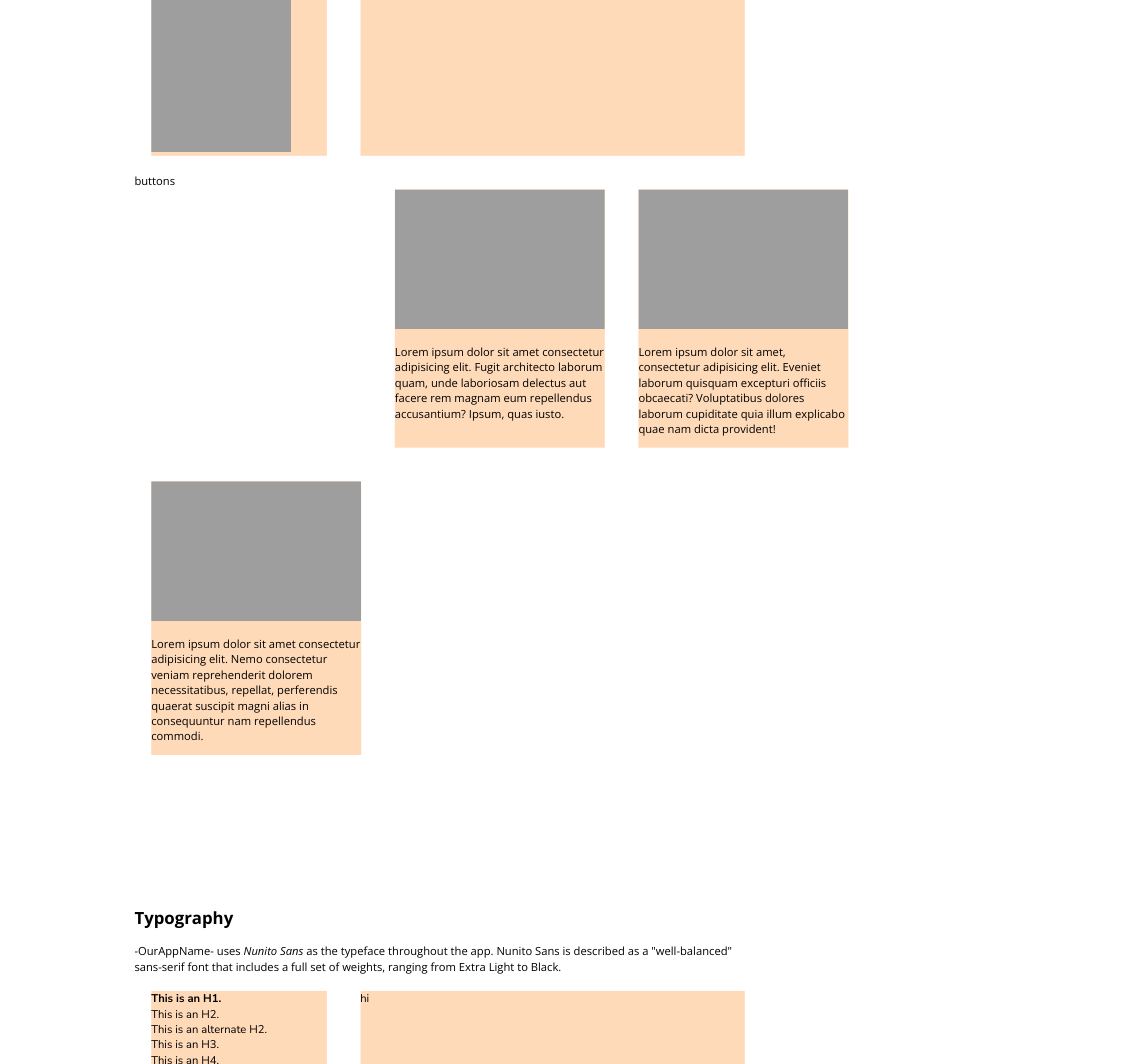
Repository: seohyun9672/Timearth-A6Styleguide
Page: page2.html
An editor plug-in stored every save of this project. The page is shown before and after the next save, followed by the edit.
The browser window is 1280 px wide. The page is 1632 px wide, so the pictures cover 1632 px, including what lies to the right of the window. The pictures show the part of the page from y = 962 to 2482 px (the page is 2747 px tall before and 2330 px after), at 70% of full size.
Pictures or frames that could not be fetched are drawn as grey boxes.

Above is the page before, as saved 2022-03-19 17:28:19.

### page2.html
<!DOCTYPE html>
<html lang="en">
  <head>
    <meta charset="UTF-8" />
    <meta http-equiv="X-UA-Compatible" content="IE=edge" />
    <meta name="viewport" content="width=device-width, initial-scale=1.0" />
    <title>Document</title>
    <link rel="stylesheet" href="stylesheet.css" />
  </head>

  <body>
    <ul class="navbar">
      <li><a href="/page1.html">App Name</a></li>
      <div class="navbar-active">
        <li><a href="/page1.html">Logo</a></li>
        <li><a href="/page2.html">Colour & Typography</a></li>
        <li><a href="/page3.html">Imagery & Graphics</a></li>
        <li><a href="/ref.html">Reference</a></li>
      </div>
    </ul>
    <section class="color-palette page2">
      <h1>Color Palette</h1>
      <img class="palette" src="https://placekitten.com/1440/100" />
      <div>
        <h2>Description of colour palette</h2>
        <p>
          Lorem ipsum dolor sit amet, consectetur adipisicing elit. Culpa neque
          mollitia quae asperiores ad odit vitae iste minima totam harum
          distinctio qui beatae ea ut et adipisci, excepturi at iusto
          reprehenderit reiciendis fugit fuga nisi. Eligendi ut magni adipisci
          nulla architecto reprehenderit? Nemo eos accusamus optio nobis
          distinctio veritatis eius.
        </p>
      </div>
      <div></div>
      <div class="col-2">
        <div class="col">
          <img src="https://placekitten.com/200/600" />
        </div>
        <div class="col">Lorem ipsum dolor sit amet consectetur adipisicing elit. Corrupti laudantium illo iure alias recusandae accusamus reiciendis consequatur aliquid sint veritatis modi dolores, eveniet porro tempore similique aspernatur. Quas, hic quo sed necessitatibus illum suscipit molestiae consequuntur sit provident nobis ullam repellat obcaecati ipsa quos in cumque mollitia eius ratione facilis ut libero laboriosam tempora eum sint! Nisi sapiente veritatis ad iure esse magni reprehenderit odio non perferendis, sed recusandae beatae corporis quasi ipsam assumenda unde!</div>
      </div>
      <div class="row col-3">buttons
        <div class="col">
          <img src="https://placekitten.com/300/200" />
          <p>
            Lorem ipsum dolor sit amet consectetur adipisicing elit. Fugit
            architecto laborum quam, unde laboriosam delectus aut facere rem
            magnam eum repellendus accusantium? Ipsum, quas iusto.
          </p>
        </div>
        <div class="col">
          <img src="https://placekitten.com/300/200" />
          <p>
            Lorem ipsum dolor sit amet, consectetur adipisicing elit. Eveniet
            laborum quisquam excepturi officiis obcaecati? Voluptatibus dolores
            laborum cupiditate quia illum explicabo quae nam dicta provident!
          </p>
        </div>
        <div class="col">
          <img src="https://placekitten.com/300/200" />
          <p>
            Lorem ipsum dolor sit amet consectetur adipisicing elit. Nemo
            consectetur veniam reprehenderit dolorem necessitatibus, repellat,
            perferendis quaerat suscipit magni alias in consequuntur nam
            repellendus commodi.
          </p>
        </div>
      </div>
    </section>
    <section class="typo page2">
      <h1>Typography</h1>
      <div>
        -OurAppName- uses <em>Nunito Sans</em> as the typeface throughout the
        app. Nunito Sans is described as a "well-balanced" sans-serif font that includes a full set of weights, ranging from Extra Light to Black.
      </div>
      <div class="col-2">
        <div class="col nunito">
            <div class="nh1">This is an H1.</div>

            <div class="nh2">This is an H2.</div>

            <div class="nh2-2">This is an alternate H2.</div>

            <div class="nh3">This is an H3.</div>

            <div class="nh4">This is an H4.</div>

            <div class="nbtn">This is the button text.</div>

            <div class="ninput">This is the input text.</div>
        </div>
        <div class="col nunito">hi</div>
      </div>
    </section>
  </body>
</html>

### stylesheet.css
/* import fonts */
@import url('https://fonts.googleapis.com/css2?family=Nunito+Sans:ital,wght@0,200;0,300;0,400;0,600;0,700;0,800;0,900;1,200;1,300;1,400;1,600;1,700;1,800;1,900&family=Open+Sans:ital,wght@0,300;0,400;0,500;0,600;0,700;0,800;1,300;1,400;1,500;1,600;1,700;1,800&display=swap');

body{
    margin: 0;
    font-family: 'open sans', san-serif;
  }

/* NAVBAR */

ul {
  list-style-type: none;
  margin: 0;
  padding: 0;
  overflow: hidden;
  background-color: #333;
}

li {
  float: left;
}

li a {
  display: block;
  color: white;
  text-align: center;
  padding: 14px 16px;
  text-decoration: none;
}

li a:hover {
  background-color: #111;
}

.navbar-active{
    float: right;
}

/* LOGO */

.section-logo {
    display: flex;
    flex-direction: column;
    justify-content: flex-start;
    align-items: center;
}

.logo-description {
    display: flex;
}
.logo-variation {
    display: flex;
    justify-content: space-evenly;
}

.logo-colourpalette {
    display: flex;
    width: 100%;
    justify-content: space-between;
}

.section-cont {
    width: 940px;
}
.colour-cont {
    display: flex;
    flex-direction: column;
}
.colour-name {
    font-weight: bold;
}

.logo-typography {
    display: flex;
}

.logo-usage {
    display: flex;
    flex-direction: column;
}

.logo-usage-desc {
    display: flex;
}

.section-cont colour {
    display: flex;
}

/* page 2 */
.page2 {
    margin:12em;
}
.col-3 {
    display:grid;
    grid-template-columns: 1fr 1fr 1fr;
}
.col-2 {
    display:grid;
    grid-template-columns: 1fr 2fr;
}
.col {
    background-color:peachpuff;
    margin:1.5em;
}
.nunito {
    font-family: 'nunito sans', Arial, Helvetica, sans-serif;
}
.nh1 {
    font-weight: bold;
}

After the next save:
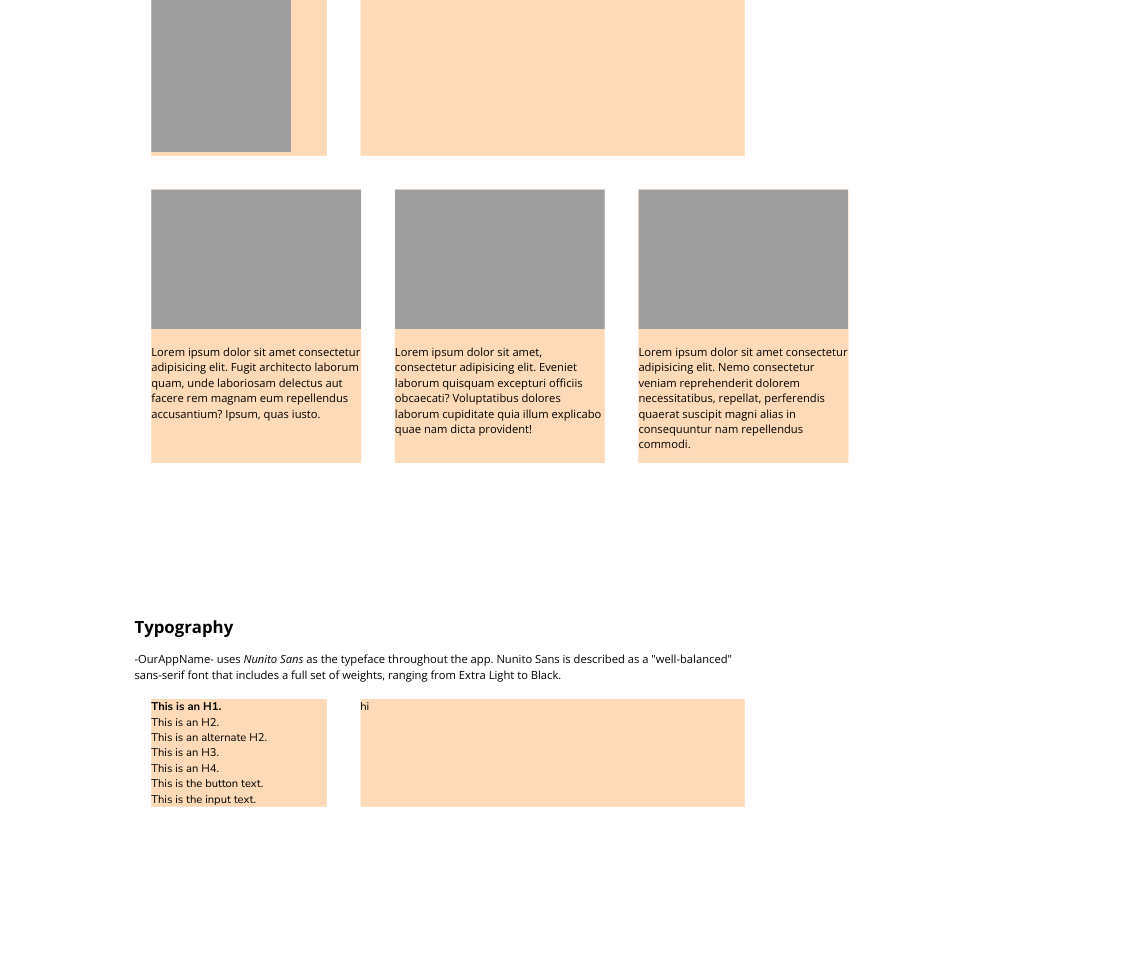
Saved 6 s later.
--- a/page2.html
+++ b/page2.html
@@ -39,7 +39,7 @@
         </div>
         <div class="col">Lorem ipsum dolor sit amet consectetur adipisicing elit. Corrupti laudantium illo iure alias recusandae accusamus reiciendis consequatur aliquid sint veritatis modi dolores, eveniet porro tempore similique aspernatur. Quas, hic quo sed necessitatibus illum suscipit molestiae consequuntur sit provident nobis ullam repellat obcaecati ipsa quos in cumque mollitia eius ratione facilis ut libero laboriosam tempora eum sint! Nisi sapiente veritatis ad iure esse magni reprehenderit odio non perferendis, sed recusandae beatae corporis quasi ipsam assumenda unde!</div>
       </div>
-      <div class="row col-3">buttons
+      <div class="row col-3">
         <div class="col">
           <img src="https://placekitten.com/300/200" />
           <p>
